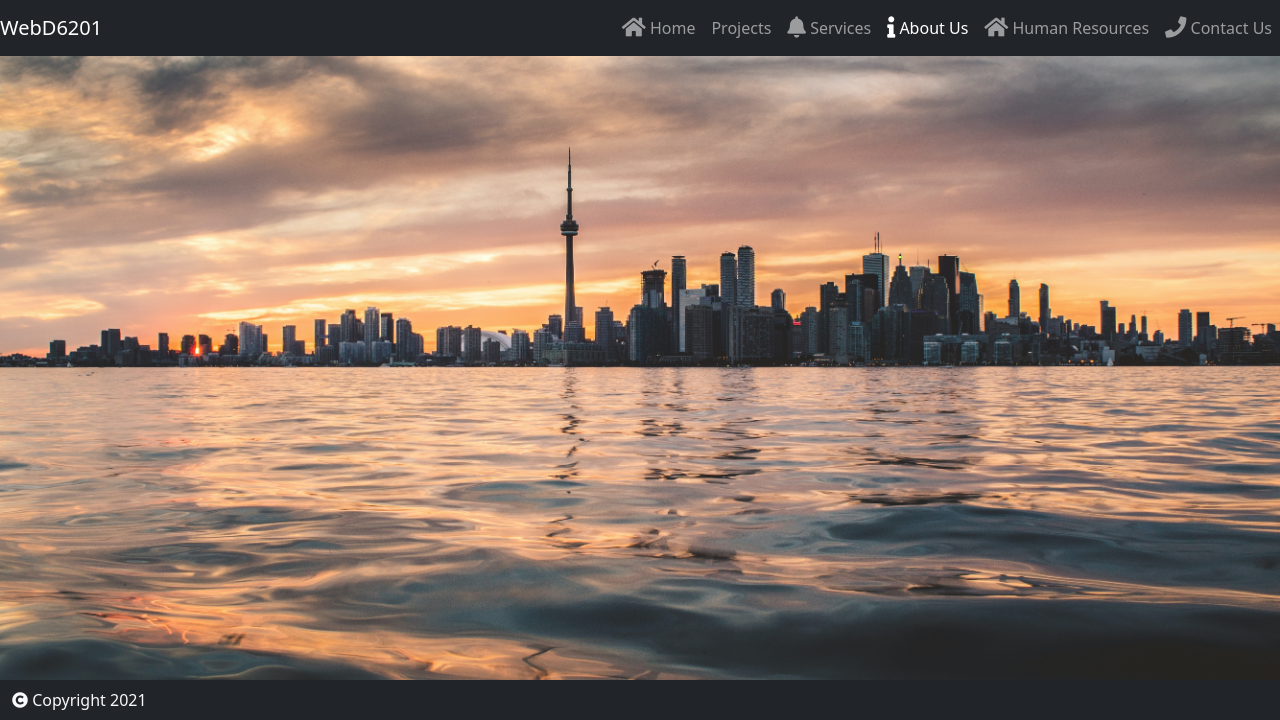
Repository: Tomelinski/Webd6201-Lab02
Page: human_resources.html
An editor plug-in stored every save of this project. The page is shown before and after the next save, followed by the edit.
The browser window is 1280 px wide. The pictures show the whole page.

Above is the page before, as saved 2021-02-05 10:46:19.

### human_resources.html
<!-- Author(s): Tom Zielinski,
 *              Calvin May
 *
 *   Date: 02/04/2021 | Last Modified: 02/04/2021
 *   Document: human_resources.html
 *   Description: ...
-->
<!DOCTYPE html>
<html lang="en">
<head>
    <meta charset="UTF-8">
    <meta name="viewport" content="width=device-width, initial-scale=1.0">
    <title>Human Resources</title>
    <!-- -->
    <link rel="stylesheet" href="./node_modules/bootstrap/dist/css/bootstrap.min.css">
    <link rel="stylesheet" href="./node_modules/@fortawesome/fontawesome-free/css/all.min.css">
    <link rel="stylesheet" href="./Content/app.css">

</head>
<body>
      <!-- Main header -->
      <header>
        <!-- Main Nav -->
          <nav class="navbar navbar-expand-lg navbar-dark bg-dark ">
              <a class="navbar-brand" href="./index.html">WebD6201</a>
              <button class="navbar-toggler" type="button" data-toggle="collapse" data-target="#navbarSupportedContent" aria-controls="navbarSupportedContent" aria-expanded="false" aria-label="Toggle navigation">
                <span class="navbar-toggler-icon"></span>
              </button>

              <div class="collapse navbar-collapse" id="navbarSupportedContent">
                <ul id="pageList" class="navbar-nav ms-auto mb-2 mb-lg-0">
                  <li class="nav-item ">
                    <a class="nav-link" aria-current="page" href="index.html"><i class="fas fa-home fa-lg"></i> Home</a>
                  </li>

                  <li class="nav-item">
                      <a id="projects" class="nav-link" aria-current="page" href="products.html"><i class="fas fa-th fa-lg"></i> Products</a>
                  </li>

                  <li class="nav-item">
                      <a class="nav-link" aria-current="page" href="services.html"><i class="fas fa-bell fa-lg"></i> Services</a>
                  </li>

                  <li class="nav-item">
                      <a class="nav-link active" aria-current="page" href="about.html"><i class="fas fa-info fa-lg"></i> About Us</a>
                  </li>

                  <li class="nav-item">
                      <a class="nav-link" aria-current="page" href="contact.html"><i class="fas fa-phone fa-lg"></i> Contact Us</a>
                  </li>
                </ul>
              </div>
            </nav>
      </header>

      <main>

      </main>

    <!-- Script section -->
    <script src="./node_modules/jquery/dist/jquery.min.js"></script>
    <script src="./node_modules/bootstrap/dist/js/bootstrap.bundle.min.js"></script>
    <script src="./Scripts/app.js"></script>
</body>

</html>

### Content/app.css
/* Author(s): Tom Zielinski,
 *              Calvin May
 *
 *   Date: 02/02/2021 | Last Modified: 02/03/2021
 *   Document: Services.html
 *   Description: ...
*/
/* Custom css page */
body{
    width:100vw;
    height:100vh;
    background: url("../Pictures/Toronto.jpg") no-repeat center center fixed;
    -webkit-background-size: cover;
    -moz-background-size: cover;
    -o-background-size: cover;
    background-size: cover;
    overflow-x: hidden;
    margin:0px;
    min-height:100%;
    background-color: gray;
}

### Scripts/app.js
/** Author(s): Tom Zielinski,
 *             Calvin May
 *
 *  Date: 02/02/2021 | Last Modified: 02/03/2021
 *  Document: app.js
 *  Description: ...
 */

/** Custom JavaScript Page */

/** IFFE Function */
(() => {

    // Declarations
    let mainContent = document.getElementsByTagName("main")[0]; // Holds the <main> element


    // First Fix the upper, lower navbars. Ensuring they display properly
    fixNavBars();

    /** Web Application Startup Functions */
    /** Start() - Lets the application know which content to load
     *          based on the title of the document.
    */
    function Start() {
        console.log("Web App Started.");``


        // A switch case used to figure out which page is being loaded.
        switch (document.title) {
            case "Home":
                displayHomePage();
                break;
            case "About":
                displayAboutPage();
                break;
            case "Contact":
                displayContactPage();
                break;
            case "Projects":
                displayProjectsPage();
                break;
            case "Services":
                displayServicesPage();
                break;
            case "Human Resources":
                displayHumanResourcesPage();
                break;
        }

    }

    /** Display Page Content Functions */
    /** displayHomePage() - Loads the Content for index.html */
    function displayHomePage() {

        let newParagraph = document.createElement("p");
        newParagraph.setAttribute("id", "paragraphOne");
        newParagraph.textContent = "Paragraph One!";
        newParagraph.className = "fs-6";

        mainContent.appendChild(newParagraph);
    }

    /** displayAboutPage() - Loads the Content for about.html */
    function displayAboutPage() {

    }

    /** displayContactPage() - Loads the Content for contact.html */
    function displayContactPage() {

    }

    /** displayProjectsPage() - Loads the Content for projects.html */
    function displayProjectsPage() {

    }

    /** displayServicesPage() - Loads the Content for services.html */
    function displayServicesPage() {

    }

    /** displayHumanResourcesPage() - Loads the Content for human_resources.html */
    function displayHumanResourcesPage() {


    }

    /**
     * fixNavBars() - This Function is used to finish creating the Header/Footer Navbars
     *              using DOM Manipulation and Injection. First it fixes the "Products"
     *              NavBar link to correctly show, "Projects" and link to the projects.html
     *              page. It also Insert a new NavBar link, "Human Recources" between
     *              "About us" and "Contact Us" links. Finally, it adds a footer to the
     *              bottom of the page.
     */
    function fixNavBars()
    {
        // Fix the "Products" Nav item
        let projectPageAnchor = document.getElementById("projects");    // Get the Nav item Anchor tag by id
        projectPageAnchor.setAttribute("href", "projects.html");        // Correctly set the Hypertext Reference attribute
        projectPageAnchor.textContent = " Projects";                    // Correctly set the text to indicate a project page

        // Insert a Nav item for Human Resources
        let navBarItemList = document.getElementById("pageList");  // Get the <ul> holding the Page links
        let humanResourcesListItem = document.createElement("li"); // Create a new list Item
        humanResourcesListItem.setAttribute("class", "nav-item");  // Set the class of the list item to "nav-item"
        // Create the anchor that will exist within the humanResourcesListItem
        let hrListItemData = '<a class="nav-link" aria-current="page" ' +
                             'href="human_resources.html"><i class="fas fa-home fa-lg"></i> Human Resources</a>';
        // Set the innerHtml with the data above
        humanResourcesListItem.innerHTML = hrListItemData;
        // Insert the new listitem before the 8th child within the <ul>
        //-(8th because it counts both the <li> elements and the <a> elements within)
        navBarItemList.insertBefore(humanResourcesListItem, navBarItemList.childNodes[8]);


        // Insert a new footer NavBar
        let footerData = "";    // A variable to hold the html code for the footers navBar
        // Create the footer element
        let pageFooter = document.createElement("footer");
        // Insert the new footer element before the "next" sibling of <main>
        //-Reads as <body>.insertBefore(pageFooter, elementAfterMain)
        mainContent.parentNode.insertBefore(pageFooter, mainContent.nextSibling);

        footerData = '<nav class="navbar fixed-bottom navbar-dark bg-dark"> ' +
                     '<div class="container-fluid"> ' +
                     '<h7 class="text-light"><i class="fas fa-copyright text-light"></i> Copyright 2021</h7> ' +
                     '</div> ' +
                     '</nav> ';
        pageFooter.innerHTML = footerData;

    }

    // Add an event listener for the load event (Page load).
    //-Call the Start() function so that we can display page
    //-specific content
    window.addEventListener("load", Start);

})();

Loaded but not shown: node_modules/bootstrap/dist/css/bootstrap.min.css (library); node_modules/@fortawesome/fontawesome-free/css/all.min.css (library); node_modules/jquery/dist/jquery.min.js (library); node_modules/bootstrap/dist/js/bootstrap.bundle.min.js (library)

After the next save:
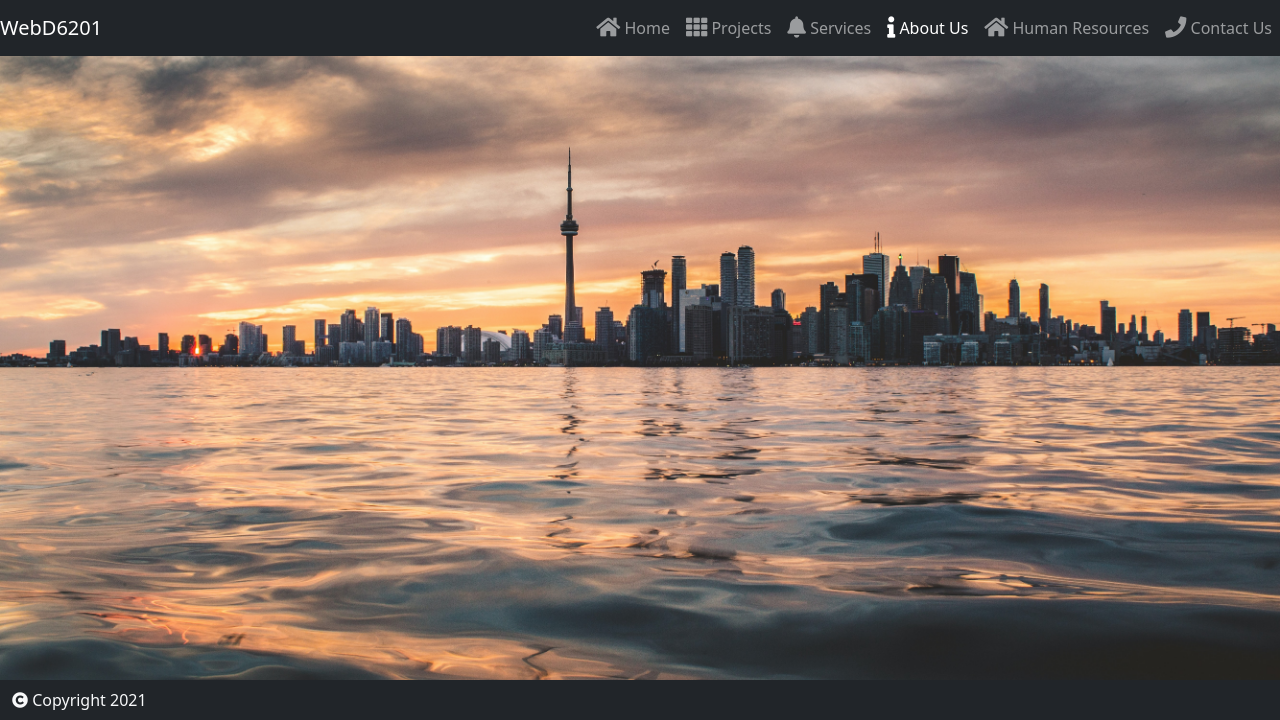
Saved 5 h 59 min later.
--- a/Scripts/app.js
+++ b/Scripts/app.js
@@ -56,8 +56,8 @@
 
         let newParagraph = document.createElement("p");
         newParagraph.setAttribute("id", "paragraphOne");
-        newParagraph.textContent = "Paragraph One!";
-        newParagraph.className = "fs-6";
+        newParagraph.className = "fs-6 col col-md-4 mt-5 m-auto px-4 border border-dark border-4 rounded";
+        newParagraph.textContent = "Welcome to Cavlin May's and Tom Zielinski's Webd6201 Lab01 webpage.";
 
         mainContent.appendChild(newParagraph);
     }
@@ -65,6 +65,19 @@
     /** displayAboutPage() - Loads the Content for about.html */
     function displayAboutPage() {
 
+
+        let About = document.getElementById("about-tom");
+        let pic = document.createElement("img");
+        pic.setAttribute("src", "../Pictures/Tom.jpeg");
+        pic.setAttribute("height", "100");
+        pic.setAttribute("width", "100");
+        pic.setAttribute("alt", "Headshot of Tom");
+
+        let aboutTom = document.createElement("p");
+        aboutTom.innerHTML = `</br><p>Hello, My name is Tom Zielinski. I am a second year student at Durham College enrolled in the Computer Programming & Analysis program.</p>`;
+
+        About.appendChild(pic);
+        About.appendChild(aboutTom);
     }
 
     /** displayContactPage() - Loads the Content for contact.html */
@@ -101,7 +114,7 @@
         // Fix the "Products" Nav item
         let projectPageAnchor = document.getElementById("projects");    // Get the Nav item Anchor tag by id
         projectPageAnchor.setAttribute("href", "projects.html");        // Correctly set the Hypertext Reference attribute
-        projectPageAnchor.textContent = " Projects";                    // Correctly set the text to indicate a project page
+        projectPageAnchor.innerHTML = "<i class=\"fas fa-th fa-lg\"></i> Projects"; // Correctly set the text to indicate a project page
 
         // Insert a Nav item for Human Resources
         let navBarItemList = document.getElementById("pageList");  // Get the <ul> holding the Page links
